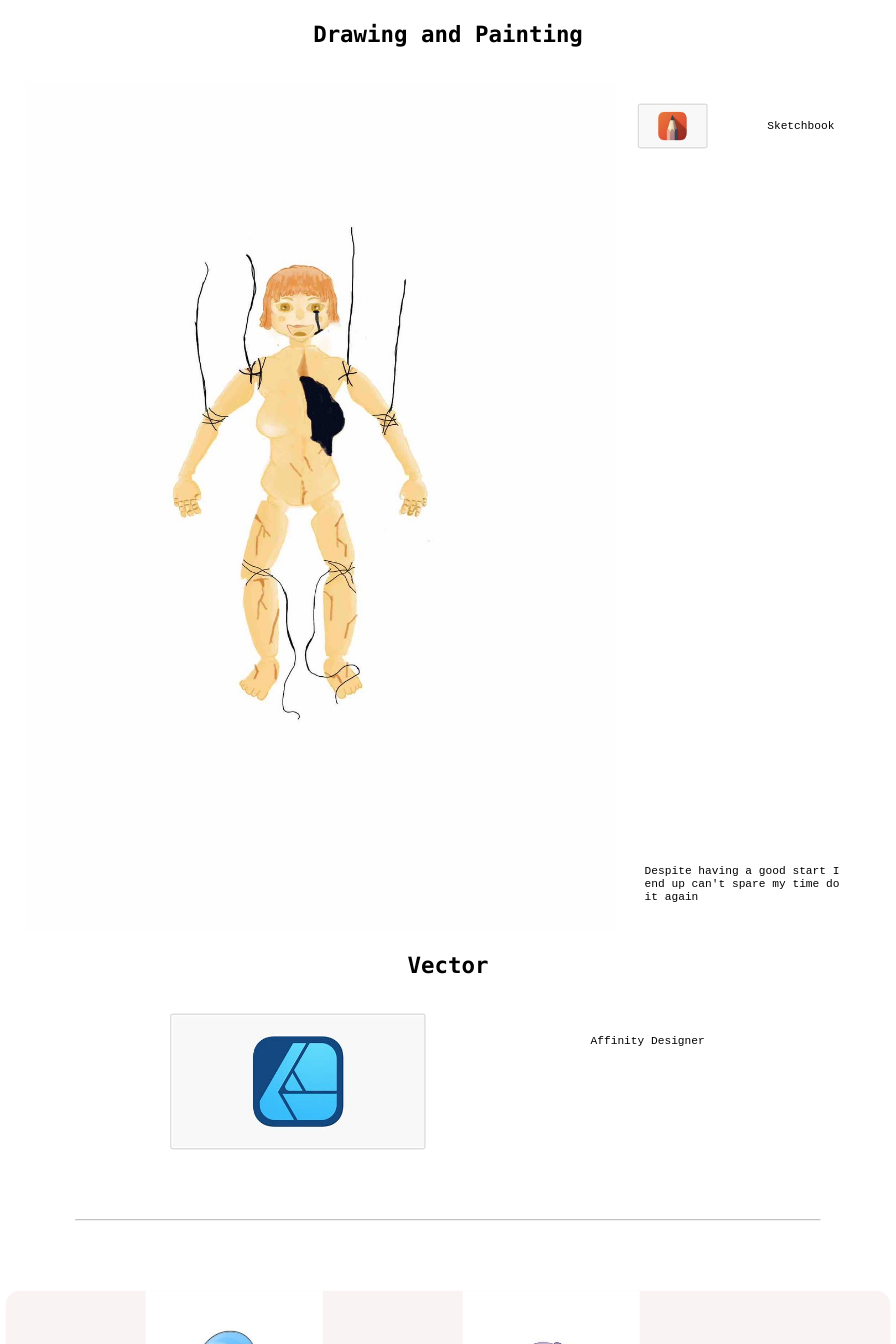
Repository: kittipichcha/port3
Page: index2.html
An editor plug-in stored every save of this project. The page is shown before and after the next save, followed by the edit.
The browser window is 1280 px wide. The pictures show the part of the page from y = 0 to 1920 px (the page is 3364 px tall before and 3017 px after), at 70% of full size.

Above is the page before, as saved 2024-10-28 11:56:13.

After the next save:
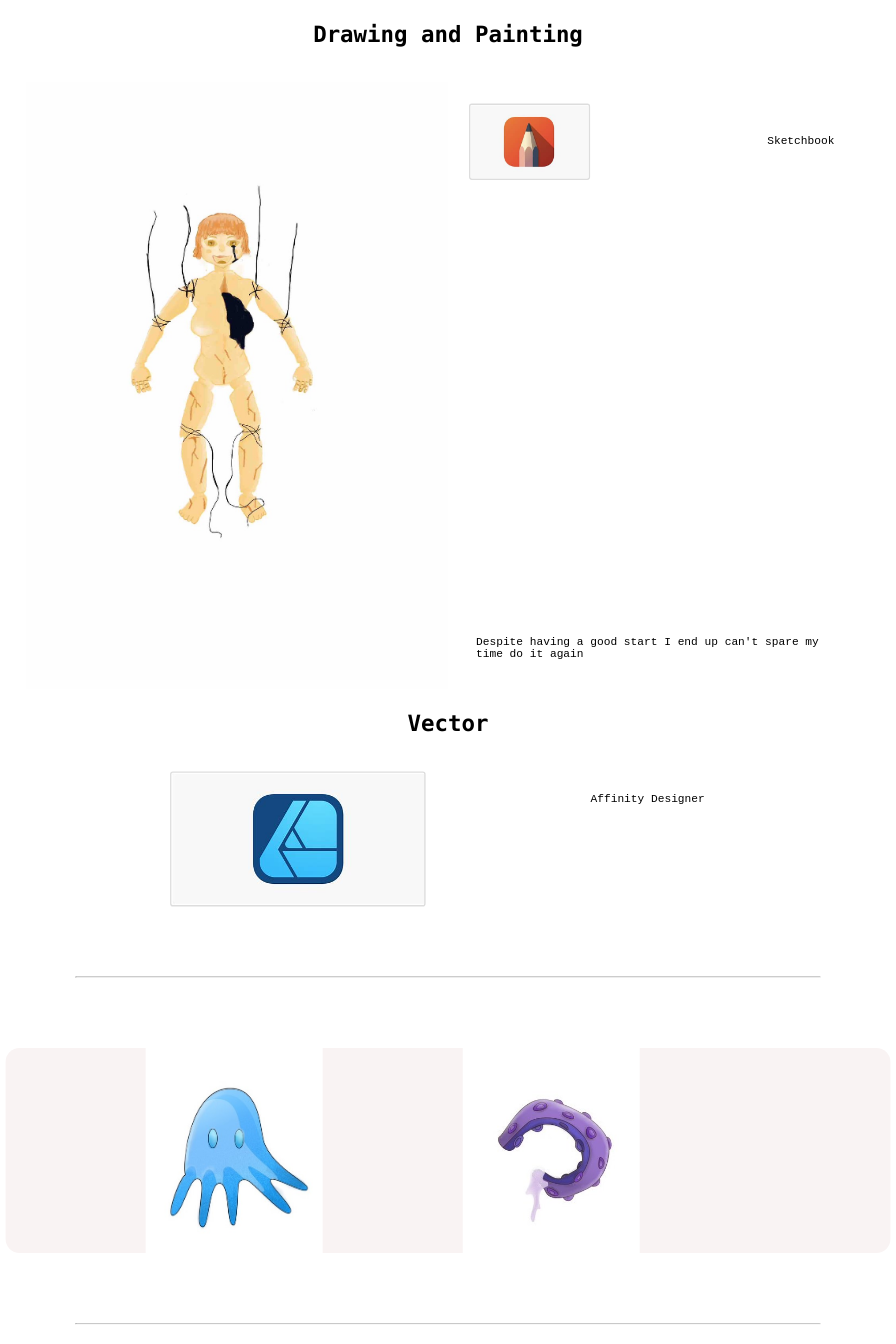
Saved 8 s later.
--- a/index2.html
+++ b/index2.html
@@ -9,7 +9,7 @@
         <div>
             <h1 class = "textTopic"> Drawing and Painting </h1>
             <div class = "widget" style = "justify-content: center;">
-                <img class = "image" style = "width:70%"src = "image/puppet.jpg">
+                <img class = "image" style = "width:50%"src = "image/puppet.jpg">
 
                 <div class = "widget1">
                     <div class = "widget">
